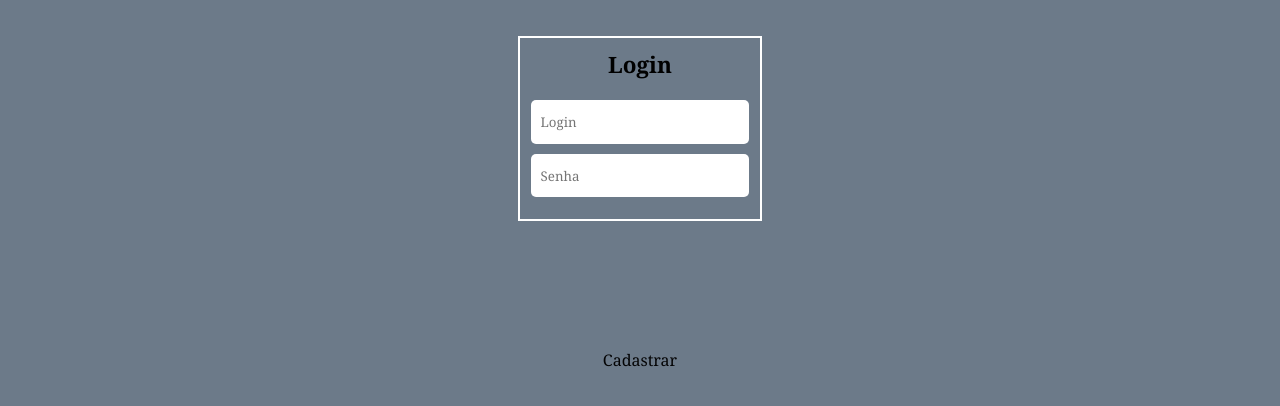
Repository: ArthurKJun/ProjetoCantinaEclipse
Page: http://localhost/arsan/loginAdministrador.jsp
An editor plug-in stored every save of this project. The page is shown before and after the next save, followed by the edit.
The browser window is 1280 px wide. The pictures show the whole page.
The page is served by Tomcat 9. Other server files are loaded and not shown.

Above is the page before, as saved 2023-11-03 21:51:30.

### arsan/src/main/webapp/loginAdministrador.jsp
<%@ page language="java" contentType="text/html; charset=ISO-8859-1"
	pageEncoding="ISO-8859-1"%>
<!DOCTYPE html>
<html>
<head>

<meta charset="ISO-8859-1">

<link rel="stylesheet" href="./Estilos/style.css">

<title>Arsan Food Management</title>

</head>
<body>

	<div class="container-geral">

		<a href='cad_usuario.jsp'>Cadastrar</a>

		<div id="form-container">

			<div id="form-inner">

				<form action="entrada.jsp" id="register-form">
					<h3>Login</h3>
					<div id="name-container">

						<input type="text" name="login" id="login" placeholder="Login">

					</div>

					<input type="password" name="senha" id="senha" placeholder="Senha">

				</form>


			</div>


		</div>
	</div>

	<script>

    function logar(){
    	event.preventDefault();

    	let login = document.getElementById('login')
    	if(login.value == ''){
    		alert('Informe o login')
    		login.focus()
    		return
    	}

    	let senha = document.getElementById('senha')
    	if(senha.value == ''){
    		alert('Informe a senha')
    		senha.focus()
    		return
    	}

    	document.location.href='<%="entrada.jsp"%>'

    }


    </script>

</body>
</html>

### arsan/src/main/webapp/Estilos/style.css
*{
    margin: 0;
    padding: 0;
    box-sizing: border-box;
    font-family: Georgia;

}

body{
    display: flex;
    flex-wrap: wrap;
}

.container-geral{

    width: 100vw;
    height: 100vh;
    background: #6c7a89;
    display: flex;
    flex-direction: row;
    justify-content: center;
    align-items: center;

}
.logo-container{

    display: flex;
    position: absolute;
    top: 40%;
    flex-direction: column;
}

.logo-container img{
    padding: 1rem;
    border-radius: 50%;
    height: 400px;
}

#form-container{
    display: flex;
    position: absolute;
    flex-direction: column;
    flex-wrap: wrap;
    top: 5%;
}

#register-form{

    border: 2px solid white;
    padding: .7rem;
    align-items: center;
    display: flex;
    flex-direction: column;
    font-size: larger;
}

#register-form h3{
    margin-bottom: 20px;
}

#register-form input{

    padding: 0.8rem 0.6rem;
    border: none;
    border-radius: 5px;
    margin-bottom: 10px;
}

#register-form input[type="submit"]{
    background-color: transparent;
    color: #fff;
    border: 2px solid #fff;
    font-size: 1.1rem;
    font-weight: bold;
    cursor: pointer;
    transition: .4s;
}

#register-form input[type="submit"]:hover{
    background-color: #fff;
    color: black;
}

/*---------------------------------------------------------*/
/* tela de entrada */

h1{
    background-color: #6c7a89;
    width: 100%;
    text-align: center;
    font-size: 50px;
    color: rgb(204, 198, 198);
}

.container-porta-cards{

    background-color: #475061;
    display: flex;
    width: 535px;
    height: 550px;
    border: 2px solid white;
    flex-wrap: wrap;
    align-items: center;
    padding: 1rem;
    margin-top: 2rem;

}

.card{

    background-color: #9ca5af;
    display: flex;
    padding: .5rem;
    margin: .5rem;
    width: 150px;
    height: 150px;
    border: 2px solid white;
    flex-direction: column;
    text-align: center;
    align-items: center;
    transition: .4s;

}

.container-porta-cards-2 :active{
    background-color: aqua;
}



.container-porta-cards :hover{

    background-color: #6c7a89;
    cursor: pointer;
}

.card img{

    margin-top: 10px;
    width: 100px;
    height: 100px;
    border-radius: 20%;
    transition: .4s;
}

#venda{

    width: 480px;
    height: 150px;
}

.container-geral-entrada{

    width: 100vw;
    height: calc(100vh + 200px);
    background: #9ca5af;
    display: flex;
    flex-direction: row;
    justify-content: center;


}

/* area de vendas */

.container-porta-cards-2{

    flex: 1.4;
    background-color: #475061;
    border: 2px solid white;
    flex-wrap: wrap;
    align-items: center;
    padding: 1rem;
    display: flex;
}

.container-porta-cards-2 :hover{

    background-color: #6c7a89;
    cursor: pointer;
}

.container-lista-vendas{
    height: 36.9rem;
    margin-right: 2rem;
    margin: 1rem;
    flex: 1;
    background-color: #475061;
    border: 2px solid white;
    flex-wrap: wrap;
    position: relative;
    padding: 1rem;
}

.container-geral-3{

    gap: 1rem;
    width: 100vw;
    height: 100vh;
    background: #9ca5af;
    display: flex;
    flex-direction: row;
    justify-content: center;
    align-items: center;

}

table{

    margin-top: 1rem;
    position: absolute;
    margin-left: 2rem;

}
table th {

    padding: .5rem;
    width: 200px;
    background-color: #6c7a89;
    border-radius: 10px;

}

table td{
    text-align: center;
    padding: 0.5rem;
    background-color: #6c7a89;
    border-radius: 10px;
}

.bExcluir{
    background-color: transparent;
}

.excluir{
    background-color: transparent;
    border-radius: 5px;
}

.excluir img{
    width: 1rem;
}

tfoot td{
    font-weight: bold;

}

/* tela cadastro cliente */

.container-geral-4{

    width: 100vw;
    height: 100vh;
    background: #9ca5af;
    flex-direction: column;
    justify-content: center;
    align-items: center;
    display: flex;

}

.inputs-cadastro{


    flex: 1;
    text-align: center;

}

.inputs-cadastro input{

    padding: 0.5rem;
    margin: 0.5rem;
    border-radius: 10px;

}

.inputs-cadastro h3{

    margin-top: 1rem;


}

.inputs-cadastro button{

    padding: 0.5rem;
    margin: 1rem;
    font-size: large;
    background-color: #9ca5af;
    border: none;
    border-radius: 10px;

}

.inputs-cadastro button:hover{

    background-color: #fff;
    color: black;
    cursor: pointer;
}

.inputButton:hover{

    background-color: #fff;
    color: black;
    cursor: pointer;
}

.container-porta-cards-cad{

    background-color: #6c7a89;
    width: 400px;
    height: 500px;
    color:#040405;
    justify-items: center;
    margin-top: 2rem;

}

.cliente{

    background-color: #9ca5af;
    margin: 1rem;
    border-radius: 5px;

}

a{
    text-decoration: none;
    color: #040405;
}

.container-geral-4 h1{

    margin-top: -4rem;

}

.produto{

    background-color: #9ca5af;
    margin: 1rem;
    border-radius: 5px;
}

.container-porta-cards-cad-fornecedor{

    background-color: #6c7a89;
    width: 400px;
    height: 500px;
    color:#040405;
    justify-items: center;
    margin-top: 1rem;
}

.inputs-cadastro-for{

    flex: 1;
    text-align: center;

}

.inputs-cadastro-for input{

    padding: 0.5rem;
    margin: 0.5rem;
    border-radius: 10px;
}

.inputs-cadastro-for button{

    padding: 0.5rem;
    margin: .5rem;
    font-size: large;
    background-color: #9ca5af;
    border: none;
    border-radius: 10px;

}

.inputs-cadastro-for button:hover{

    background-color: #fff;
    color: black;
    cursor: pointer;
}

.fornecedor{
    background-color: #9ca5af;
    margin: 1rem;
    border-radius: 5px;
}

After the next save:
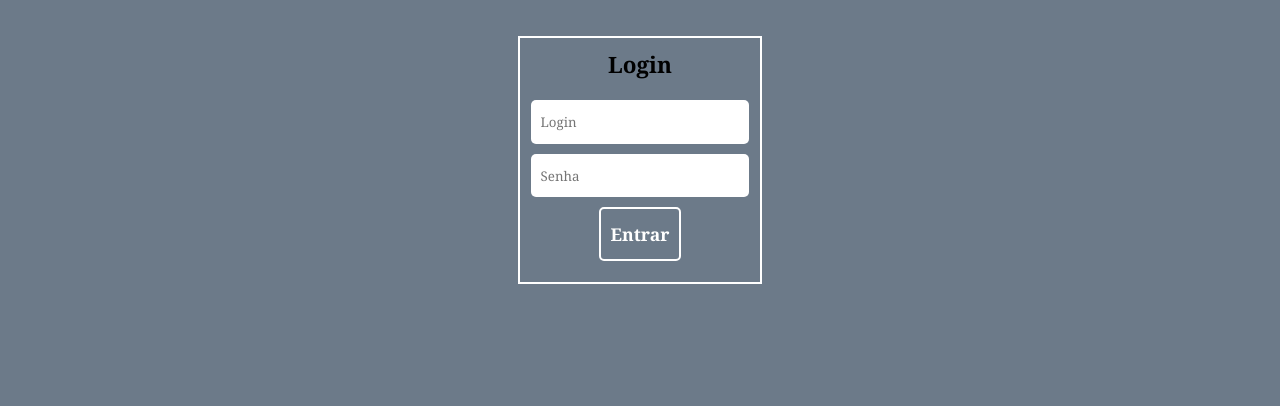
Saved 63 s later.
--- a/arsan/src/main/webapp/loginAdministrador.jsp
+++ b/arsan/src/main/webapp/loginAdministrador.jsp
@@ -15,7 +15,6 @@
 
 	<div class="container-geral">
 
-		<a href='cad_usuario.jsp'>Cadastrar</a>
 
 		<div id="form-container">
 
@@ -30,6 +29,9 @@
 					</div>
 
 					<input type="password" name="senha" id="senha" placeholder="Senha">
+
+                    <input type="submit" value="Entrar" onclick="logar()">
+
 
 				</form>
 
